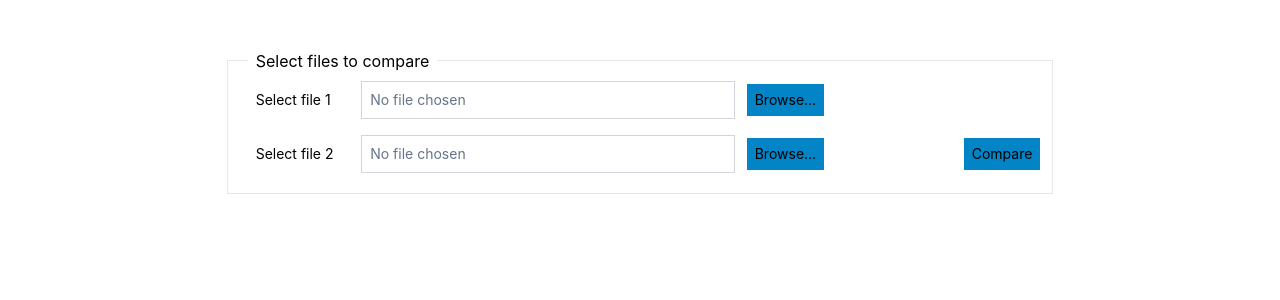
Repository: chionye/paymentology-front
Page: /
An editor plug-in stored every save of this project. The page is shown before and after a run of saves, followed by the edit.
The browser window is 1280 px wide. The pictures show the whole page.
The project was rebuilt for these pictures with package versions that can differ from the ones it lists, and the page was loaded fresh each time.

Above is the page before, as saved 2022-03-16 13:42:19.

After the next 2 saves:
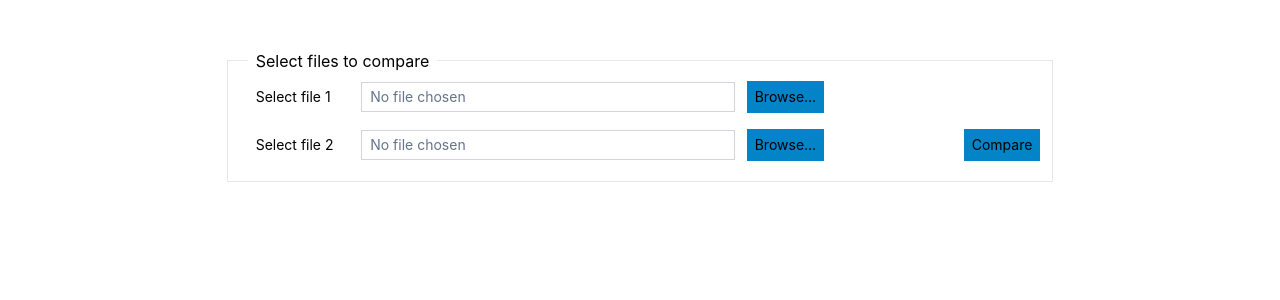
The 2 saves are shown as one change because they came seconds apart.
The last was saved 27 s later.
--- a/src/components/InputFile.js
+++ b/src/components/InputFile.js
@@ -5,7 +5,7 @@ const InputFile = (props) => {
             <label className="w-28">{props.file}</label>
             <div className="flex flex-row items-center w-full">
                 <input type="file"
-                    className="block w-full mr-2 md:mx-3 appearance-none border border-1 border-gray-300 p-2  text-slate-500
+                    className="block w-full mr-2 md:mx-3 appearance-none border border-1 border-gray-300 py-1 px-2  text-slate-500
                     file:mr-4 file:py-2 file:px-4
                     file:rounded-full file:border-0
                     file:text-sm file:font-semibold
